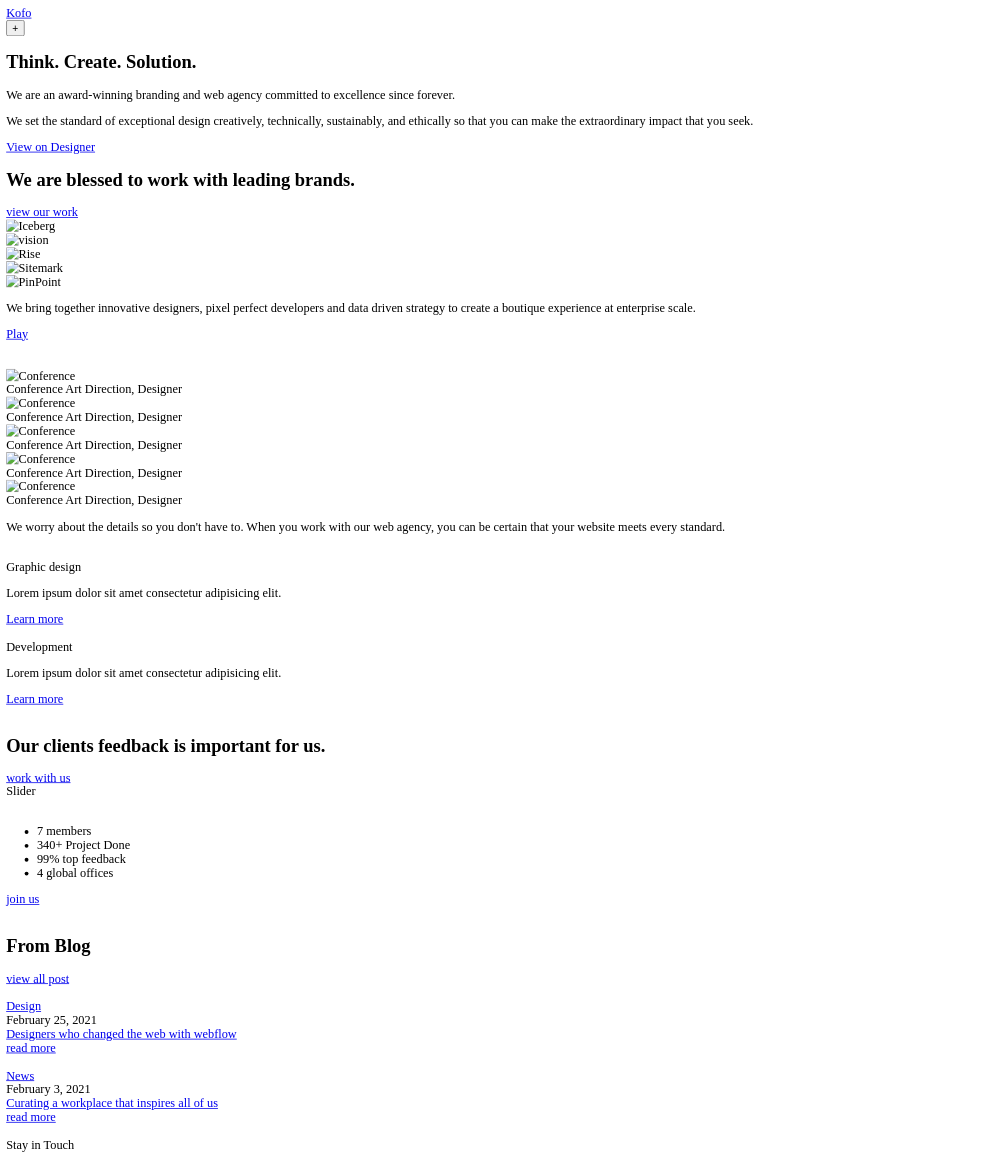
Repository: debthebuilder/kofo
Page: index.html
These files come from the project's save history. The page is drawn as it stood at one moment and after the next save; the edit follows.
The browser window is 1280 px wide. The pictures show the whole page, at 77% of full size.

Above is the page before, as saved 2022-10-13 12:03:51.

After the next save:
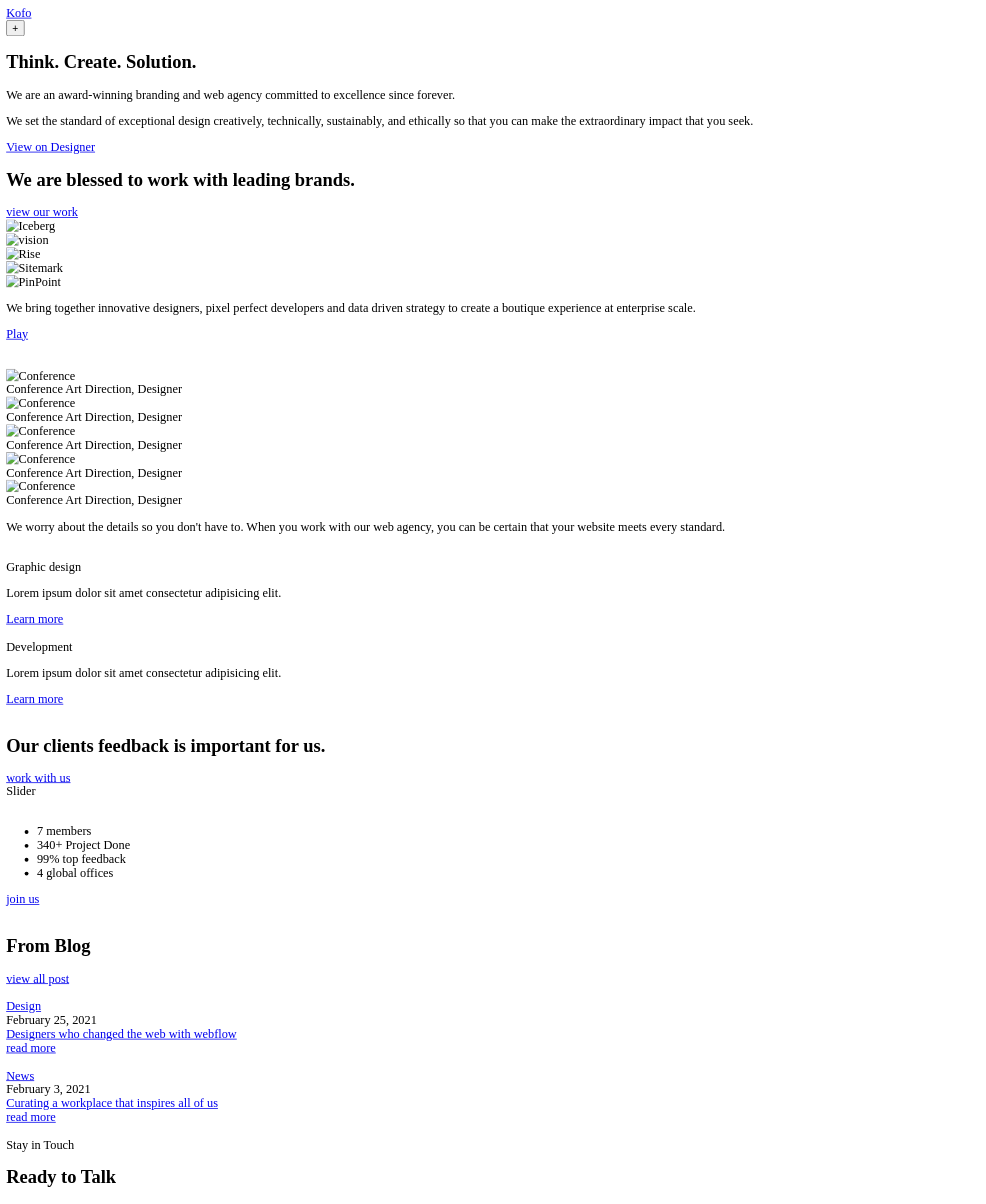
Saved 6 s later.
--- a/index.html
+++ b/index.html
@@ -259,7 +259,7 @@
         </div>
         <div>
             <div class="tag">Stay in Touch</div>
-            <h2
+            <h2>Ready to Talk</h2>
         </div>
     </section>
     <!--Footer-->
